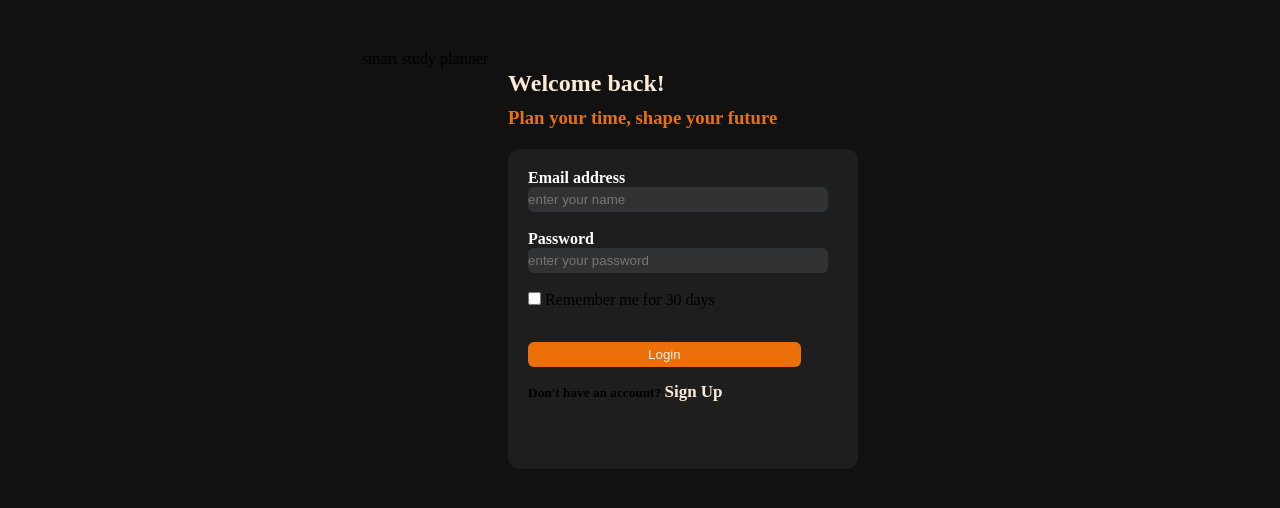
Repository: HaifaBaderBinDuhaim/web
Page: Frontend/logIn.html
The author's editor kept a copy of each file at every save. The page is drawn from the files as they stood at one save, then again after the next save.
The browser window is 1280 px wide. The pictures show the whole page.

Above is the page before, as saved 2026-04-06 23:44:43.

After the next save:
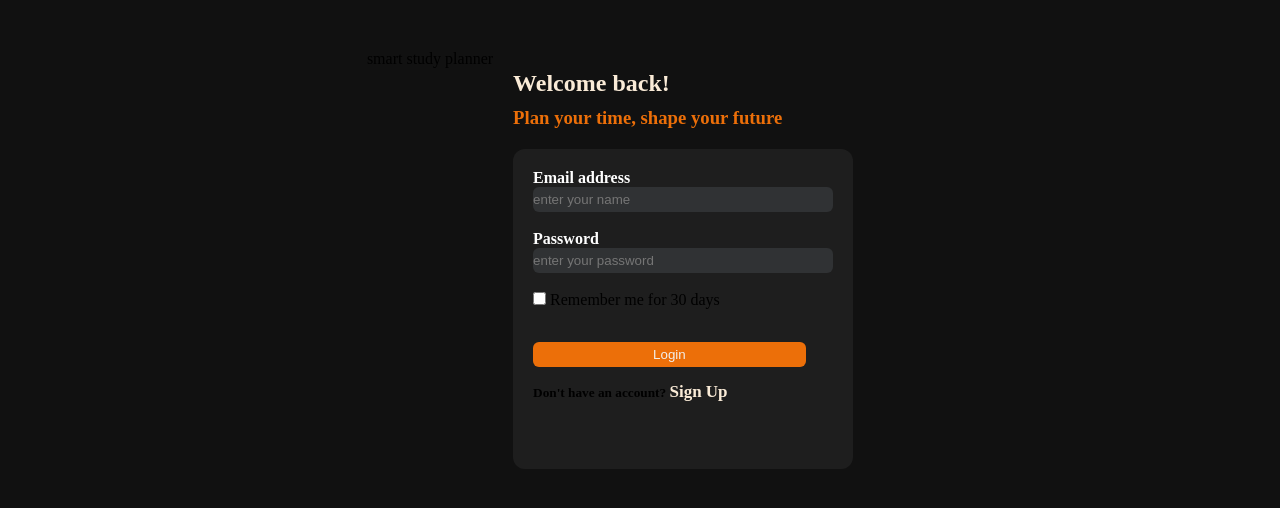
Saved 60 s later.
--- a/Frontend/styleLogin.css
+++ b/Frontend/styleLogin.css
@@ -46,6 +46,7 @@
   border-radius: 12px;
   height: 320px;
   width: 350px;
+  width: auto;
 }
 .sign-up {
   font-size: 17px;
